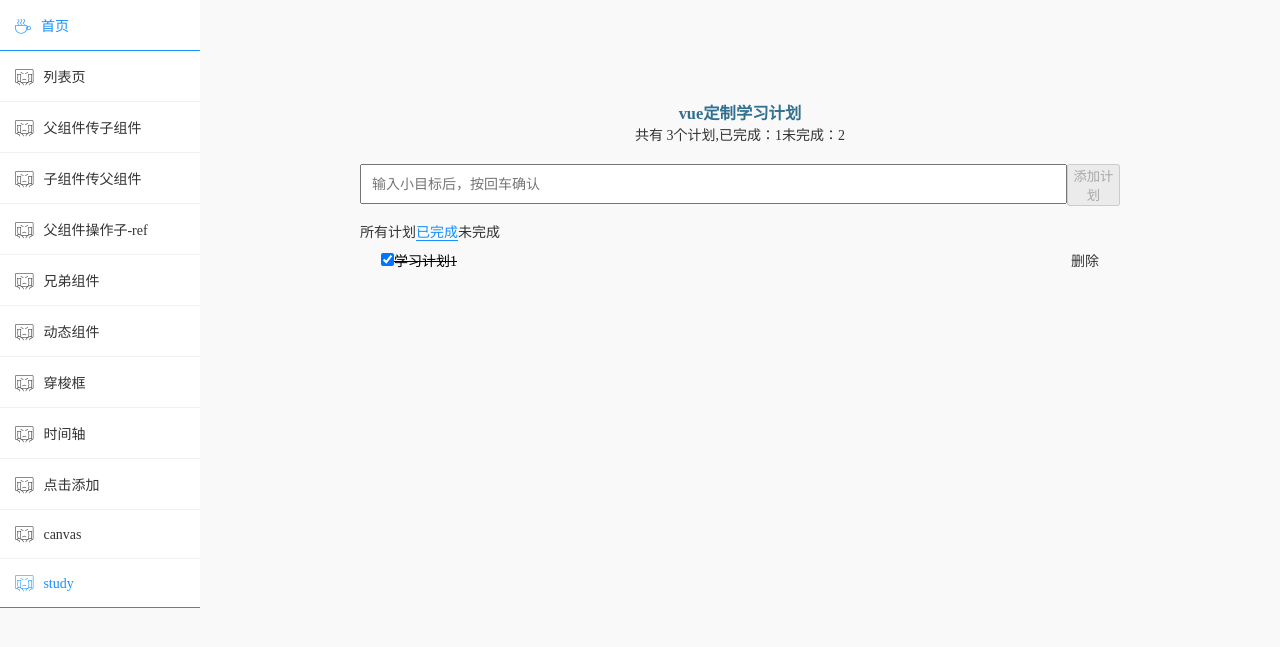
Repository: Serendipity-Zhang/vue-cli4
Page: /study
An editor plug-in stored every save of this project. The page is shown before and after the next save, followed by the edit.
The browser window is 1280 px wide. The pictures show the whole page.
The project was rebuilt for these pictures with package versions that can differ from the ones it lists, and the page was loaded fresh each time. Also part of the build but not shown: vue.config.js, src/views/Nav.vue, src/router/routes.js, src/layout/components/Nav.vue.

Above is the page before, as saved 2020-05-24 15:04:36.

After the next save:
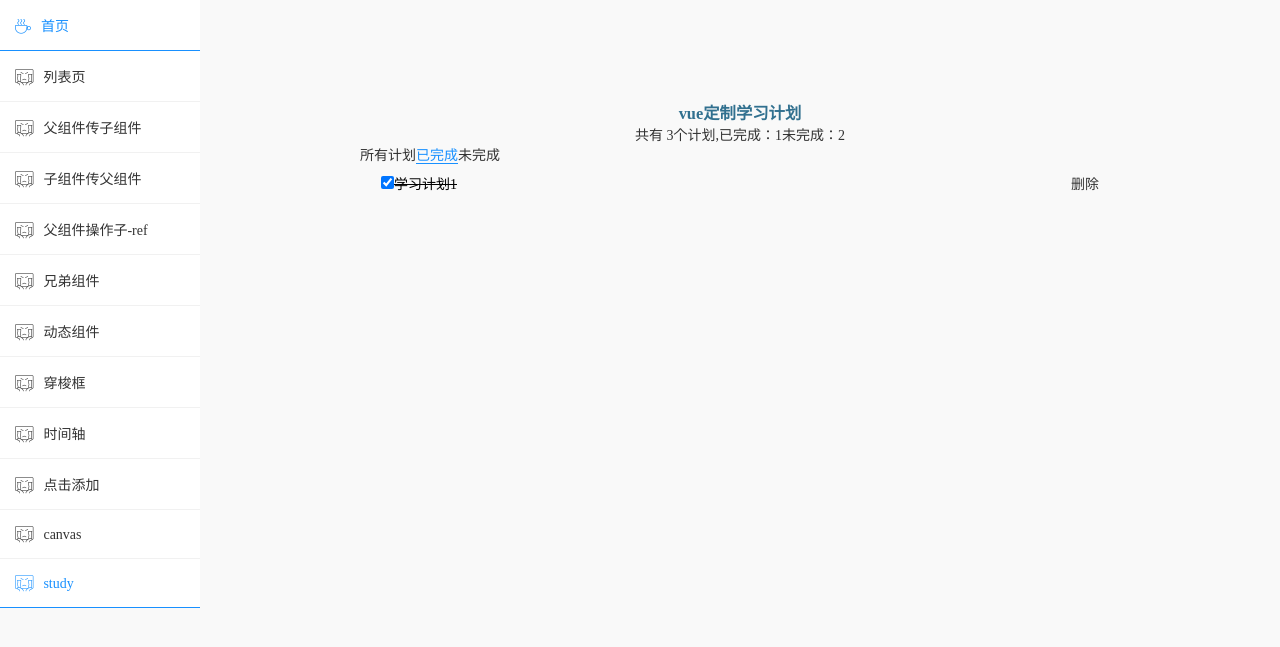
Saved 11 min 6 s later.
--- a/src/views/study/index.vue
+++ b/src/views/study/index.vue
@@ -22,7 +22,7 @@
       </div>
       <!-- 内容 -->
       <div class="panel-body">
-        <div
+        <!-- <div
           class="input-group"
           style="display:flex;
     justify-content: space-between;"
@@ -38,7 +38,7 @@
               添加计划
             </button>
           </span>
-        </div>
+        </div> -->
         <div class="btn-groups btn-group-justifieds">
           <a
             class="btn btn-defaults"

After the save that followed:
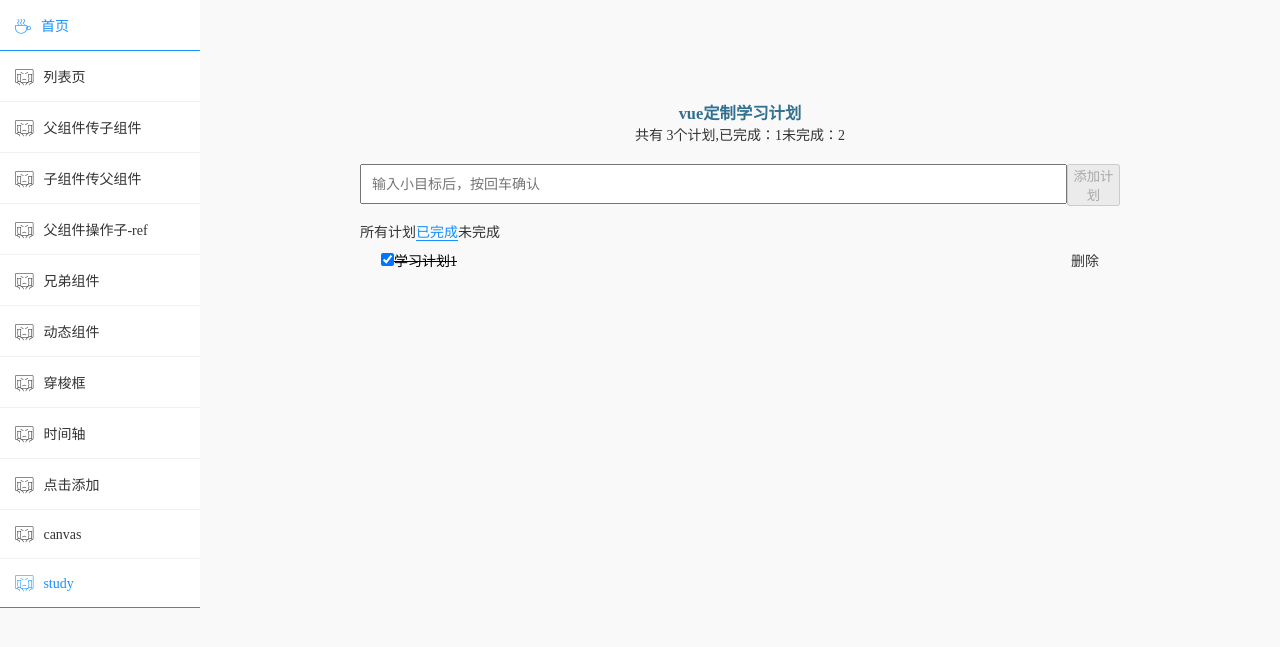
Saved 30 s later.
--- a/src/views/study/index.vue
+++ b/src/views/study/index.vue
@@ -22,7 +22,7 @@
       </div>
       <!-- 内容 -->
       <div class="panel-body">
-        <!-- <div
+        <div
           class="input-group"
           style="display:flex;
     justify-content: space-between;"
@@ -38,7 +38,7 @@
               添加计划
             </button>
           </span>
-        </div> -->
+        </div>
         <div class="btn-groups btn-group-justifieds">
           <a
             class="btn btn-defaults"
